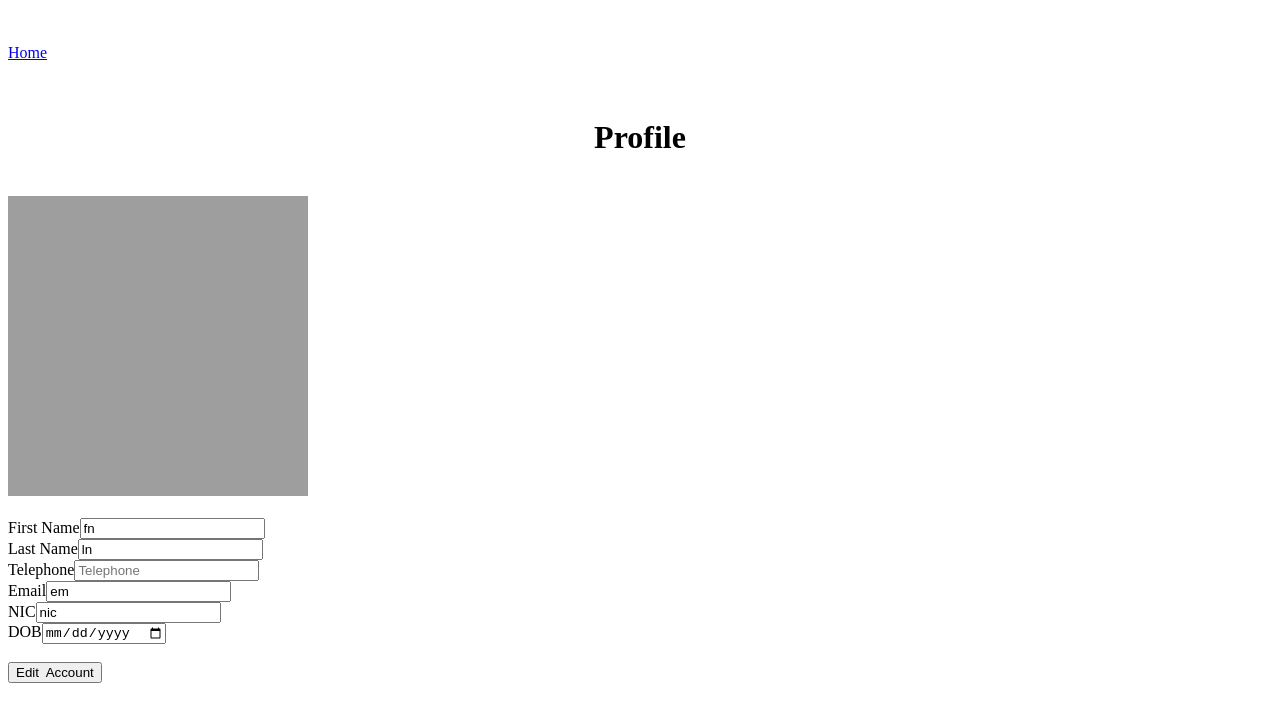
Repository: IT21221064/JobPortal
Page: http://localhost/signup/profile.jsp
These files come from the project's save history. The page is drawn as it stood at one moment and after the next save; the edit follows.
The browser window is 1280 px wide. The pictures show the whole page.
Pictures or frames that could not be fetched are drawn as grey boxes. The page is served by Tomcat 9.

Above is the page before, as saved 2023-07-14 13:08:57.

### jobPortal/signup/src/main/webapp/profile.jsp
<%@ page language="java" contentType="text/html; charset=ISO-8859-1"
    pageEncoding="ISO-8859-1"%>
<!DOCTYPE html>
<html>
<head>
<meta charset="ISO-8859-1">
<title>Insert title here</title>
</head>
<body>
<br>
<br>
<div class="row">
<div class="col"></div>
<div class="col"><div class="row">
<div class="col-md-8"></div><div class="col-md-4"><a class="btn btn-primary" href="ViewProducts.jsp">Home</a></div></div></div>
</div>
<br><br>
 <div class="row">
      <div class="col-md-3"></div>
      <div class="col-md-6">
        <div class="card">
          <div class="card-body">
            <h1 style="text-align: center">Profile</h1>
            <br />
              <div class="row">
              <div class="col-md-4"></div>
              <div class="col-md-4">
                <img
                  style="width: 300px; height: 300px"
                src="images/profilepic.png"  alt="circle user avatar Icon 4035892"
                  class="styles__Image-sc-2erpfv-1 eOQgUF"
                />
              </div>
              <div class="col-md-4"></div>
            </div>
                <br>
            <form method="post" action="EditProfileServlet">
             <div class="row">
              <div class="col-md-6 form-group">
              <input value="id" type="hidden" name="user_id"/>
                <label>First Name</label
                ><input name="fname" value="fn " class="form-control" placeholder="First Name" />
              </div>
              <div class="col-md-6">
                <label>Last Name</label
                ><input name="lname"  value="ln" class="form-control" placeholder="Last Name" />
              </div>
            </div>
            <div class="row">
              <div class="col-md-6 form-group">
                <label>Telephone</label
                ><input
                 value="tp"
                 name="tp"
                  class="form-control"
                  type="number"
                  placeholder="Telephone"
                />
              </div>
              <div class="col-md-6">
                <label>Email</label
                ><input name="email" value="em " class="form-control" placeholder="Email" />
              </div>
            </div>
            <div class="row">
              <div class="col-md-6 form-group">
                <label>NIC</label
                ><input
                value="nic "
                name="nic"
                  class="form-control"
                  placeholder="National Identity Card"
                />
              </div>
              <div class="col-md-6">
                <label>DOB</label
                ><input name="dob" class="form-control" type="date" placeholder="Date" value="dob" />
              </div>
            </div>


            <br>
            <div class="row">
            <div class="col-md-4"></div>
            <div class="col-md-4">
            <input type="submit" class="btn btn-primary col-md-12" value="Edit  Account"/>
            </div>
            <div class="col-md-4"></div>
            </div>
            </form>

          </div>
        </div>
      </div>
      <div class="col-md-3"></div>
      <br><br>
    </div>

</body>
</html>

After the next save:
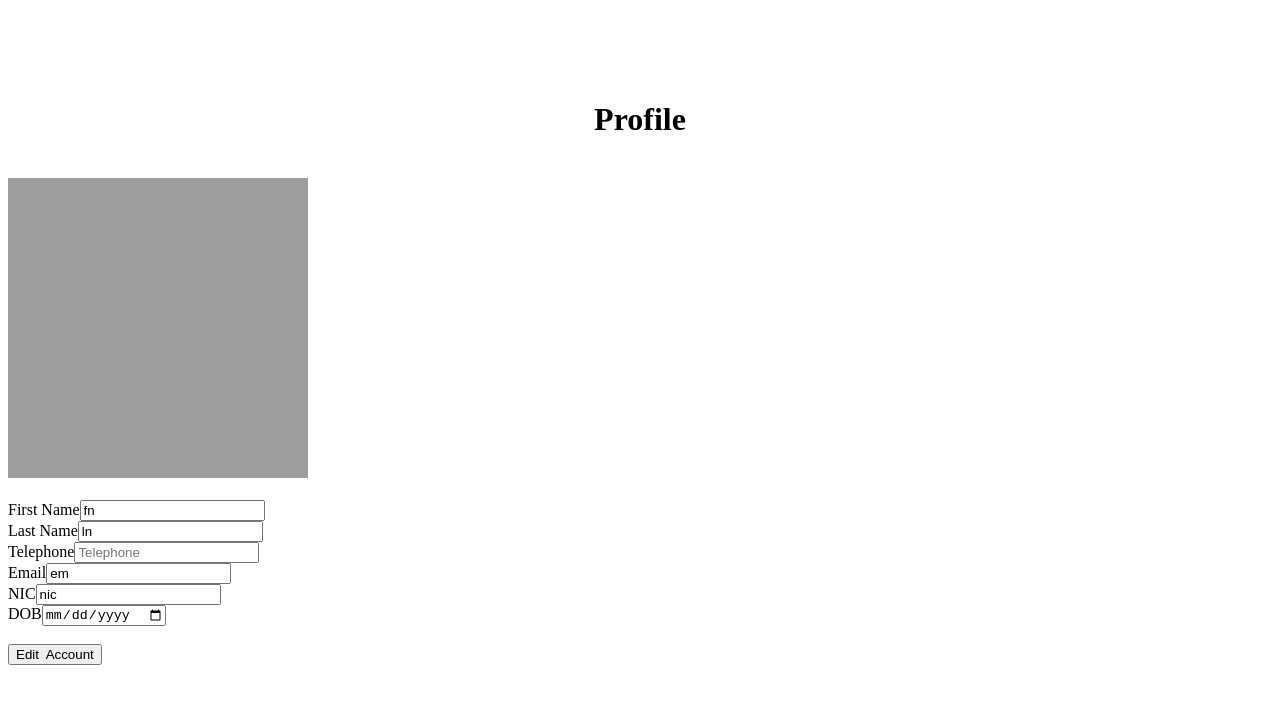
Saved 45 s later.
--- a/jobPortal/signup/src/main/webapp/profile.jsp
+++ b/jobPortal/signup/src/main/webapp/profile.jsp
@@ -12,7 +12,7 @@
 <div class="row">
 <div class="col"></div>
 <div class="col"><div class="row">
-<div class="col-md-8"></div><div class="col-md-4"><a class="btn btn-primary" href="ViewProducts.jsp">Home</a></div></div></div>
+</div></div></div>
 </div>
 <br><br>
  <div class="row">
